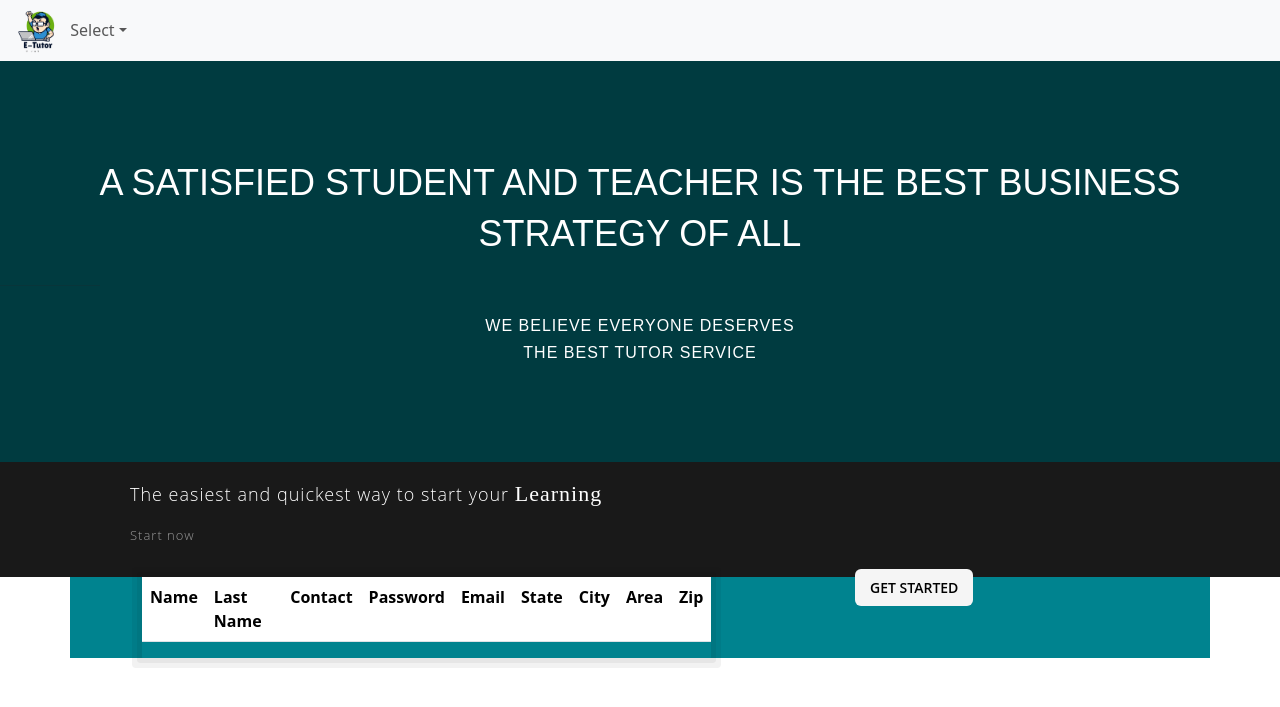
Repository: shailesh89-art/E-tutor-springboot-hibernate
Page: http://localhost/TUTOR_INVENTOR_1/pages/parent_Admin_edit.jsp
These files come from the project's save history. The page is drawn as it stood at one moment and after the next save; the edit follows.
The browser window is 1280 px wide. The pictures show the whole page.
Some web libraries are served in a nearby version. The page is served by Tomcat 9. The template is opened directly, without the code that normally fills it, so the values that code supplies are empty.

Above is the page before, as saved 2023-05-03 14:21:55.

After the next save:
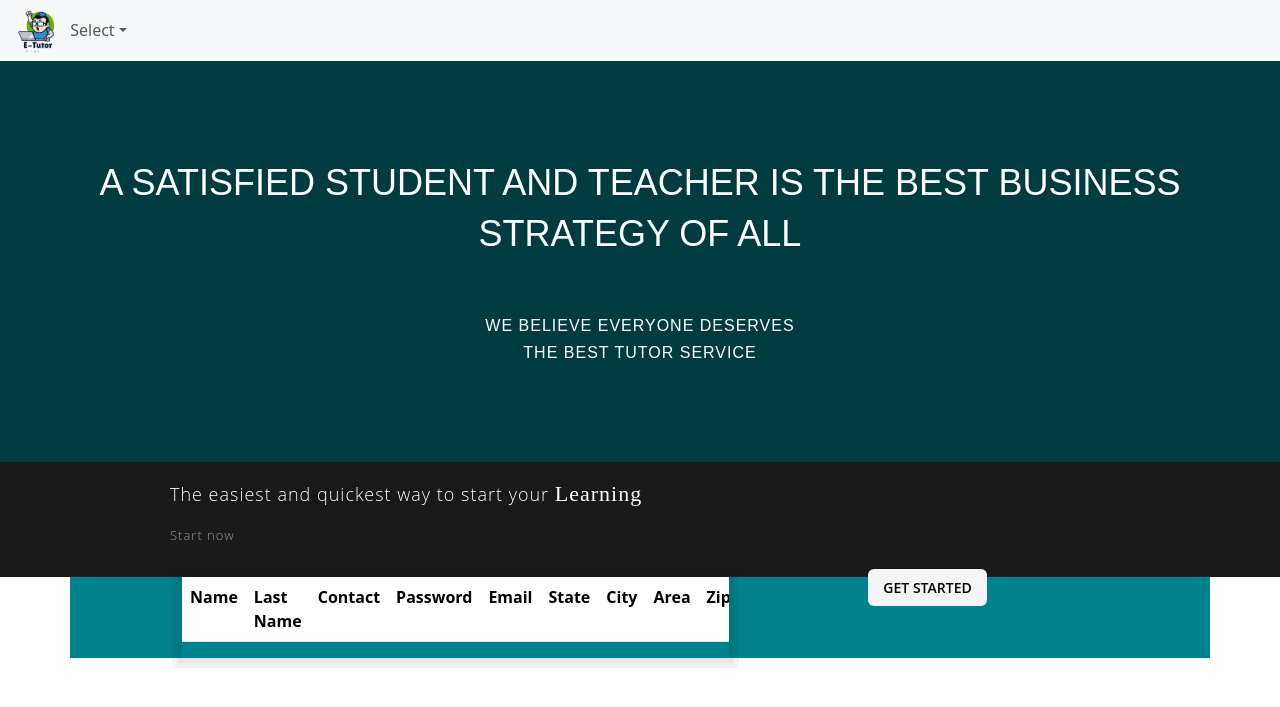
Saved 11 s later.
--- a/TUTOR_INVENTOR_1/src/main/webapp/pages/parent_Admin_edit.jsp
+++ b/TUTOR_INVENTOR_1/src/main/webapp/pages/parent_Admin_edit.jsp
@@ -367,7 +367,7 @@
 .container{
 
 
-    padding-left:60px;
+    padding-left:100px;
 
 }
  #logo{
